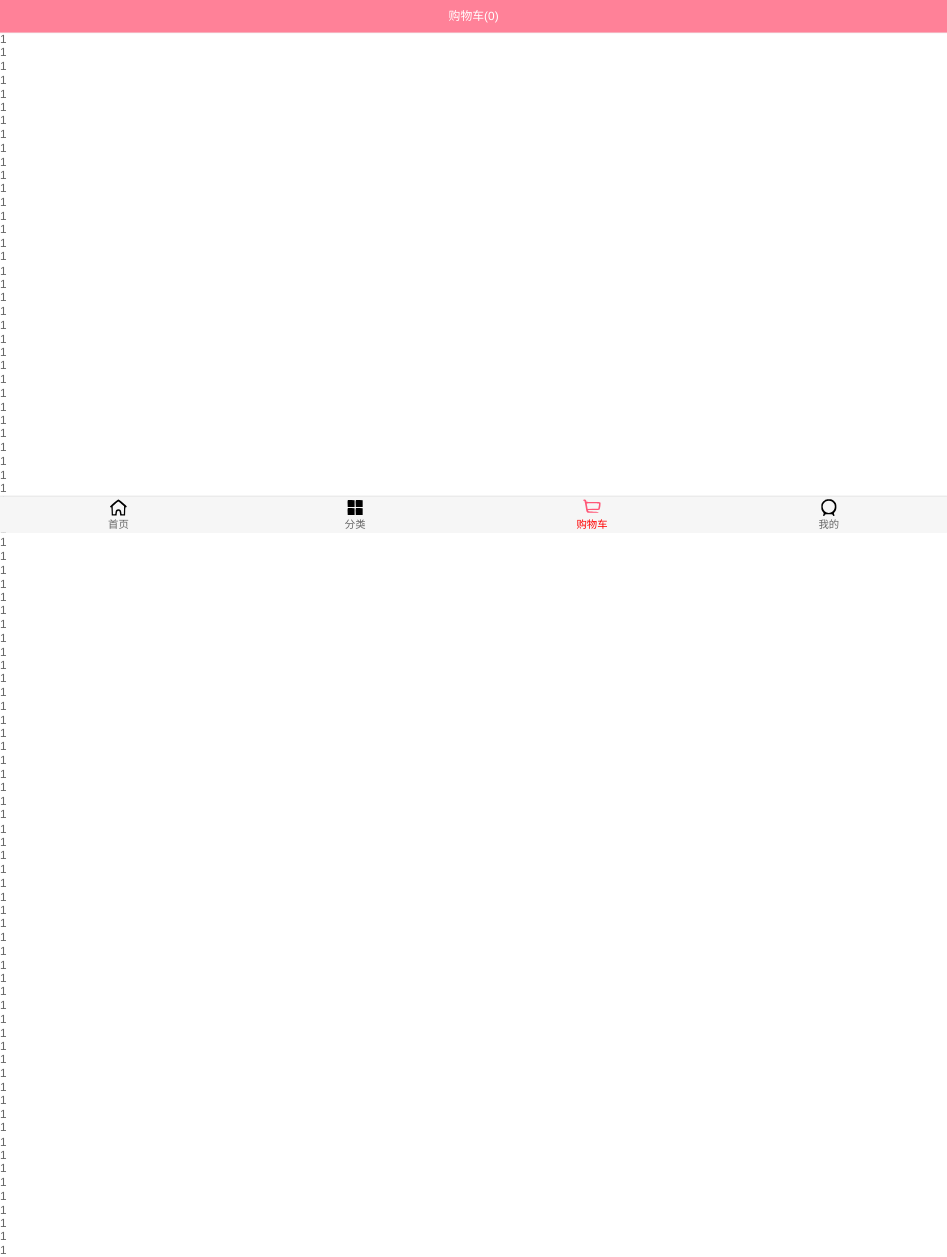
Repository: shihaowengit/mall
Page: /cart
The author's editor kept a copy of each file at every save. The page is drawn from the files as they stood at one save, then again after the next save.
The browser window is 1280 px wide. The pictures show the whole page, at 74% of full size.
The project was rebuilt for these pictures with package versions that can differ from the ones it lists, and the page was loaded fresh each time. Also part of the build but not shown: vue.config.js, src/views/cart/childComps/CheckButton.vue, src/views/cart/childComps/CartListItem.vue.

Above is the page before, as saved 2019-12-02 09:47:14.

After the next save:
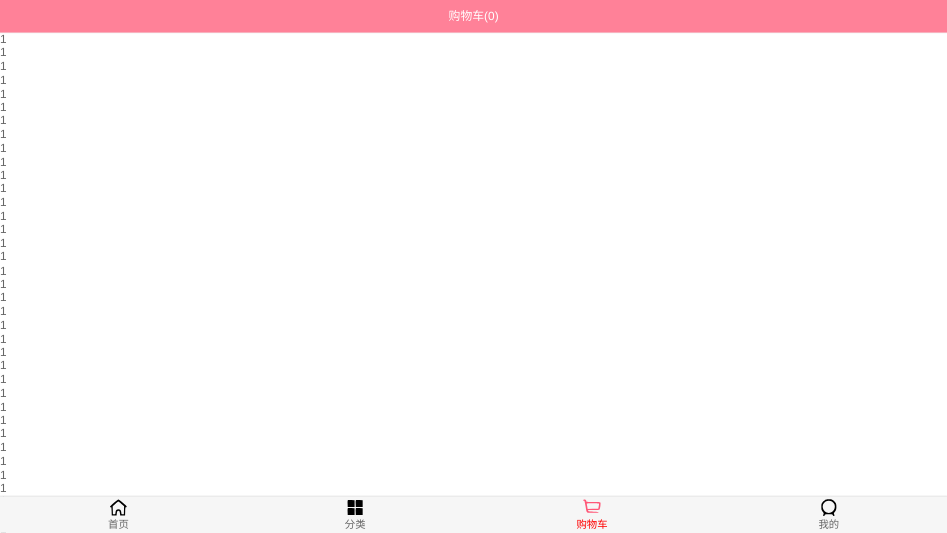
Saved 30 s later.
--- a/src/views/cart/Cart.vue
+++ b/src/views/cart/Cart.vue
@@ -29,6 +29,7 @@ export default {
 <style scoped>
   .cart {
     height: 100vh;
+    overflow-y: hidden;
   }
 
   .nav-bar {
